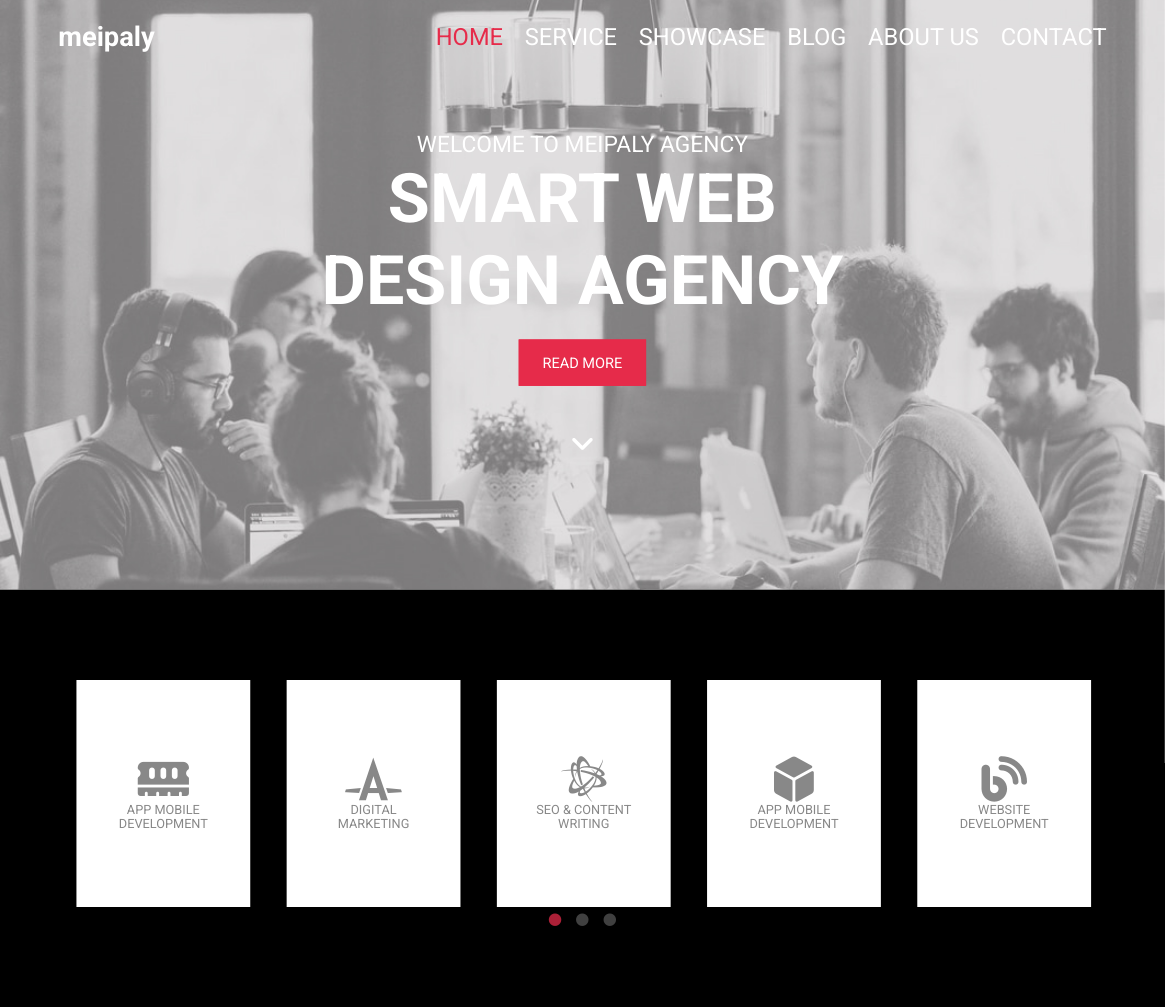
Repository: ducdatit2002/meipaly
Page: index.html
The author's editor kept a copy of each file at every save. The page is drawn from the files as they stood at one save, then again after a run of saves.
The browser window is 1280 px wide. The pictures show the whole page, at 91% of full size.

Above is the page before, as saved 2023-07-17 11:01:17.

After the next 3 saves:
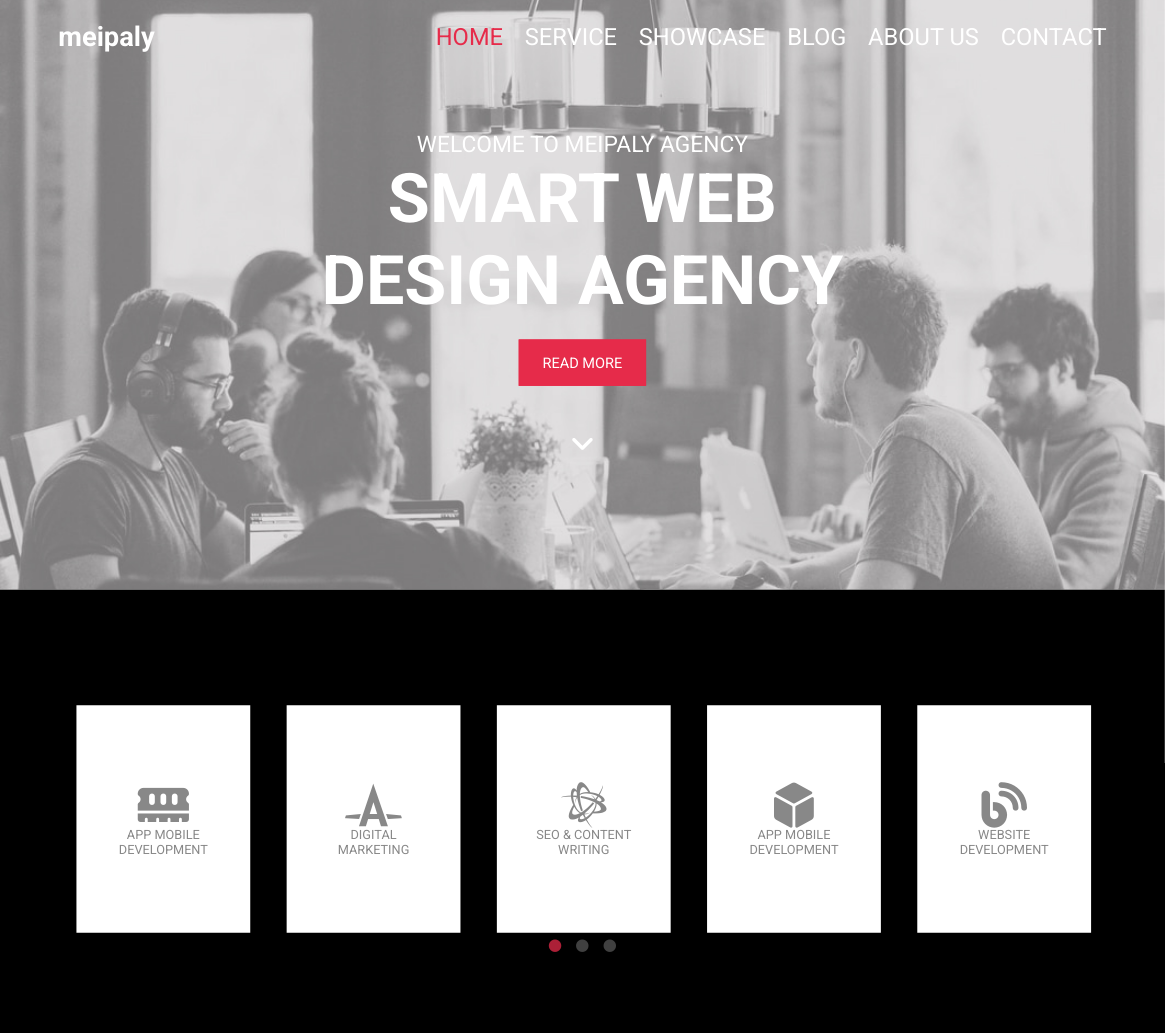
The 3 saves are shown as one change because they came seconds apart.
The last was saved 11 s later.
--- a/index.html
+++ b/index.html
@@ -54,6 +54,7 @@
     <section class="carousel">
       <div class="title">
         <p>SERVICES WE ARE OFFERING</p>
+        <h2>WE DESIGN DIGITAL PRODUCTS THAT HELP GROW BUSINESSES.</h2>
 
       </div>
       <div class="container">
